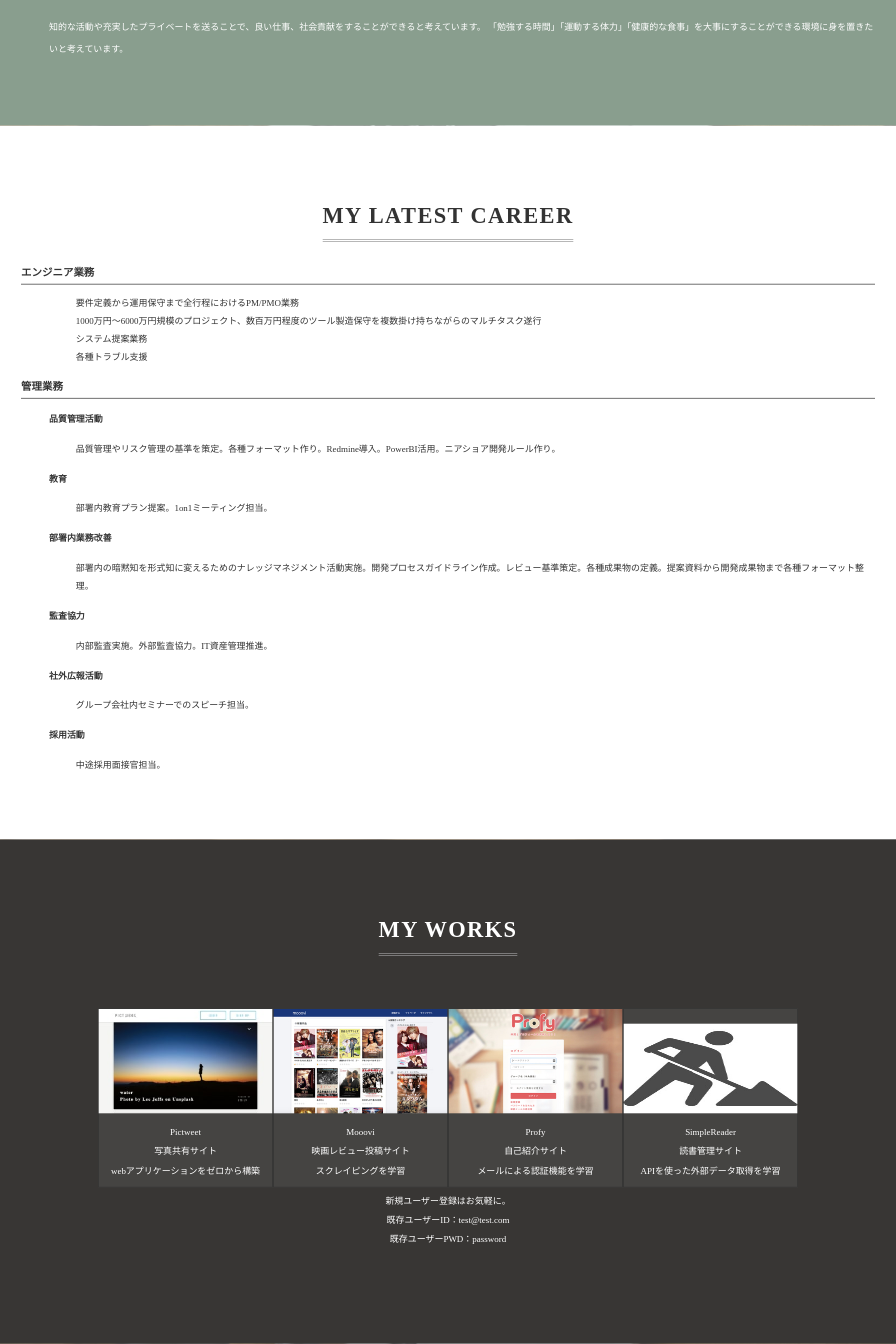
Repository: dackelteckel/myworks
Page: index.html
The author's editor kept a record of every edit. The page is drawn from the files as they stood at one moment, then again after the next edit.
The browser window is 1280 px wide. The pictures show the part of the page from y = 1278 to 3198 px (the page is 3198 px tall), at 70% of full size.
Backgrounds fixed to the window are drawn as part of the page.

Above is the page before.

### index.html
<!DOCTYPE html>
<html>

<head>
  <meta charset="UTF-8">
  <title>Who I am...</title>
  <link rel="stylesheet" href="normalize.css">
  <link rel="stylesheet" href="style.css">
  <link rel="stylesheet" href="responsive.css">

  <!--<script type="text/javascript" charset="UTF-8">-->
  <!--  $('#contact-form').submit(function(event){-->
      <!--//submit実行を止める-->
  <!--    event.preventDefault();-->
  <!--    var $form = $(this);-->
  <!--    var $button = $form.find('.send-btn');-->
  <!--    $.ajax({-->
  <!--      url:$form.attr('action'),-->
  <!--      type:$form.attr('method'),-->
  <!--      data: $form.serialize(),-->
        <!--//10秒でタイムアウト-->
  <!--      timeout:10000,-->
        <!--//重複送信を避けるためにボタンを無効化-->
  <!--      beforeSend: function(xhr, settings) {-->
  <!--          $button.attr('disabled', true);-->
  <!--      },-->
        <!--//完了後ボタンを押せるように-->
  <!--      complete: function(xhr, textStatus) {-->
  <!--          $button.attr('disabled', false);-->
  <!--      }-->
  <!--    }).done(function(data, textStatus, jqXHR){-->
        <!--// 成功時の処理-->
        <!--//フォームを初期化-->
  <!--      $form[0].reset();-->
  <!--      $(".contact-result").text(data);-->
  <!--      $(".contact-result").slideToggle(200);-->
  <!--      $(".contact-result").delay(3000).slideToggle(200);-->
  <!--    }).fail(function(jqXHR, textStatus, errorThrown){-->
        <!--失敗時の処理-->
  <!--      $(".contact-result").text("エラーが発生しました。ステータス：" + jqXHR.status);-->
  <!--      $(".contact-result").slideToggle(200);-->
  <!--      $(".contact-result").delay(3000).slideToggle(200);-->
  <!--    });-->
  <!--  });-->
  <!--</script>-->
</head>

<body>
  <header class="header">
    <p class="site-title-sub">----- my portfolio -----</p>
    <h1 class="site-title">Who I am...</h1>
    <p class="site-description">check out my career and some of my works.</p>
    <div class="buttons">
      <a class="button" href="#reasons">WHAT I'M LOOKING FOR</a>
      <a class="button" href="#career">LATEST CAREER</a>
      <a class="button" href="#works">MY WORKS</a>
      <!--<a class="button button-orange" href="#contact">SEND MESSAGE</a>-->
      <a class="button button-orange" href="mailto:nrkktok@gmail.com">Drop Me a LINE</a>
    </div>
  </header>

  <section class="reasons" id="reasons">
    <h2 class="heading">3 REASONS WHY I'M LOOKING FOR A NEW JOB</h2>
    <dev class="reasons-text">
<!--第一の基準は、学べることが多い仕事をすることでした。-->
<!--その仕事をすることで、長期的に自分を成長させることができるのか、ということです。-->
<!--第二の基準は、仕事以外の優先事項にも取り組めることでした。-->
<!--知的な活動や充実したプライベート、自由な暮らしを続けられるのか、ということです。-->
<!--そして第三の基準は、自分が幸福になれる仕事をすることでした。-->
<!--不満を抱えながら、いい仕事をすることはできないと考えています-->
      <h3>職場環境</h3>
      <ul>
        <li>
          同僚同士お互いを尊重し、協力しあうことができる健やかな組織で働きたいと考えています。
        </li>
      </ul>
      <h3>学び</h3>
      <ul>
        <li>
          <p>
            長年PM業務に携わってきており、チームメンバーが成果を出すためのサポートをするPM業務にはやりがいを感じています。
          </p>
          <p>
            現職では金融機関で使われる小中規模システム開発を行っていますが、
            残念ながら業務知識不要・レガシー技術メインのツール開発が殆どであることから、
            現在の仕事を続けることで長期的に自分を成長させることができるのか、疑問を持つようになってきました。
          </p>
          <p>
          「この疑問を解消し、少しでもIT業務で価値ある存在でありたい」という気持ちと、
          「チームをリードする業務を行っている中でも現在に通用する技術・PG知識は必要」という考えから、
          2019年12月よりWebアプリケーション作りを行うスクールに通い始めました。
          </p>
          <p>
            成果物を<a href="#works">MY WORKS</a>で公開していますので、よろしければ御覧ください。
            Webアプリケーション開発における現在の私のPG能力・知識レベルを知って頂く目安にはなると思います。
          </p>
        </li>
      </ul>
      <h3>ライフワークバランス</h3>
      <ul>
        <li>
          <p>
            知的な活動や充実したプライベートを送ることで、良い仕事、社会貢献をすることができると考えています。
          「勉強する時間」「運動する体力」「健康的な食事」を大事にすることができる環境に身を置きたいと考えています。
          </p>
        </li>
      </ul>
    </dev>
  </section>

  <section class="career" id="career">
    <h2 class="heading">MY LATEST CAREER</h2>
    <dev class="career-text">
      <h3>エンジニア業務</h3>
      <ul>
        <li>要件定義から運用保守まで全行程におけるPM/PMO業務</li>
        <li>1000万円〜6000万円規模のプロジェクト、数百万円程度のツール製造保守を複数掛け持ちながらのマルチタスク遂行</li>
        <Li>システム提案業務</Li>
        <Li>各種トラブル支援</Li>
      </ul>
      <h3>管理業務</h3>
      <ul>
        <h4>品質管理活動</h4>
        <li>品質管理やリスク管理の基準を策定。各種フォーマット作り。Redmine導入。PowerBI活用。ニアショア開発ルール作り。</li>
        <h4>教育</h4>
        <li>部署内教育プラン提案。1on1ミーティング担当。</li>
        <h4>部署内業務改善</h4>
        <li>部署内の暗黙知を形式知に変えるためのナレッジマネジメント活動実施。開発プロセスガイドライン作成。レビュー基準策定。各種成果物の定義。提案資料から開発成果物まで各種フォーマット整理。</li>
        <h4>監査協力</h4>
        <li>内部監査実施。外部監査協力。IT資産管理推進。</li>
        <h4>社外広報活動</h4>
        <li>グループ会社内セミナーでのスピーチ担当。</li>
        <h4>採用活動</h4>
        <li>中途採用面接官担当。</li>
      </ul>
    </dev>
  </section>

  <section class="works" id="works">
    <h2 class="heading">MY WORKS</h2>
    <div class="works-wrapper">
      <div class="work-box">
        <a href="https://dackelteckelpictweet.herokuapp.com/" target="_blank" rel="noopener noreferrer"><img class="work-image" src="images/pictweet.jpg"></a>
        <div class="work-description">
          <p>Pictweet<p>
          <p>写真共有サイト</p>
          <p>webアプリケーションをゼロから構築</p>
        </div>
      </div>

      <div class="work-box">
        <a href="https://dackelteckelmooovi.herokuapp.com/" target="_blank" rel="noopener noreferrer"><img class="work-image" src="images/mooovi.jpg"></a>
        <div class="work-description">
          <p>Mooovi<p>
          <p>映画レビュー投稿サイト</p>
          <p>スクレイピングを学習</p>
        </div>
      </div>

      <div class="work-box">
        <a href="https://dackelteckelprofy.herokuapp.com/" target="_blank" rel="noopener noreferrer"><img class="work-image" src="images/profy.jpg"></a>
        <div class="work-description">
          <p>Profy<p>
          <p>自己紹介サイト</p>
          <p>メールによる認証機能を学習</p>
        </div>
      </div>
      <div class="work-box">
        <img class="work-image" src="images/wip.jpg" height="128">
        <div class="work-description">
          <p>SimpleReader<p>
          <p>読書管理サイト</p>
          <p>APIを使った外部データ取得を学習</p>
        </div>
      </div>
    </div>
    <p>新規ユーザー登録はお気軽に。</p>
    <p>既存ユーザーID：test@test.com</p>
    <p>既存ユーザーPWD：password</p>
  </section>

  <!--<section class="contact" id="contact">-->
    <!--<h2 class="heading">DROP ME A LINE</h2>-->
    <!--<form class="contact-form" id="contact-form" action="contact.php" method="post">-->
    <!--  <input type="text" name="name" placeholder="NAME" required>-->
    <!--  <input type="email" name="email" placeholder="E-MAIL ADDRESS" required>-->
    <!--  <textarea name="message" placeholder="MESSAGE"></textarea>-->
    <!--  <textarea type="text" name="message" placeholder="MESSAGE" required></textarea>-->
    <!--  <input type="submit" value="SEND" class="send-btn" id="submit">-->
    <!--  <input type="submit" value="SEND" class="send-btn" id="submit">-->
    <!--</form>-->
  <!--</section>-->
</body>
</html>

### style.css
* {
  box-sizing: border-box;
  list-style: none;
}

body {
  color: #fff;
  text-align: center;
  font-size: 0.8rem;
  background: url('images/bg.jpg') fixed;
  background-size: cover;
}

.header {
  padding: 170px 30px 80px;
  /*height: 100vh;*/
  background-color: rgba(0, 0, 128, 0.8);
}

.site-title-sub {
  margin: 0 0 30px;
  color: #888;
  letter-spacing: 1px;
  font-size: 1.2rem;
}

.site-title {
  margin: 50px;
  font-size: 3.5rem;
}

.site-description {
  margin-bottom: 75px;
  color: #888;
  font-size: 1.2rem;
}

.buttons {
  display: flex;
  justify-content: center;
  padding-bottom: 50px
}

.button {
  width: 200px;
  padding: 20px;
  margin: 10px;
  border-radius: 4px;
  background-color: #afa58d;
  color: #fff;
  text-decoration: none;
  letter-spacing: 1px;
  font-size: 0.7rem;
}

.button:hover {
  opacity: 0.9;
}

.button-orange {
  background-color: #f1b400;
}

.heading {
  display: inline-block;
  margin: 30px 0 15px;
  padding-bottom: 15px;
  letter-spacing: 2px;
  font-size: 2rem;
  border-bottom: double 4px #999;
}

.reasons {
  /*height: 100vh;*/
  /*background-color: #383634;*/
  background-color: rgb(137, 158, 142);
  padding: 80px 30px;
  /*color: #333;  */
}

.reasons-text {
  text-align: left;
  width: 600px;
  margin: 30px auto;
  line-height: 2.5;
}

.reason-text h3 {
  padding-top: 20px;
}

/*.note:before {*/
/*  content: "*";*/
/*}*/

.career {
  /*height: 100vh;*/
  background-color: #ffffff;
  padding: 80px 30px;
  color: #333;
}

.career-text {
  text-align: left;
  width: 600px;
  margin: 30px auto;
  line-height: 2;
}

.career-text h3 {
  border-bottom: 1px solid #333;
}

.career-text li {
  padding-left: 3em;
}

.works {
  height: 100vh;
  background-color: #383634;
  padding: 80px 0 10px;
}

.works-wrapper {
  display: table;
  /*width: 860px;*/
  width: 1000px;
  margin: 60px auto 0;
  table-layout: fixed;
}

.work-box {
  display: table-cell;
  background-color: rgba(100, 100, 100, 0.3);
  border: 1px solid #333;
}

.work-image {
  display: block;
  width: 100%;
}

.work-description {
  margin: 20px 0;
  height: 65px;
}

/*.work-description .button {*/
/*  width: 60%;*/
/*  margin-top: 20px;*/
/*  padding: 3px;*/
/*  display: inline-block;*/
}

.button-ghost {
  border: 2px solid #fff;
  background-color: rgba(255, 255, 255, 0.15);
}

.contact {
  height: 100vh;
  background-color: rgba(0, 0, 128, 0.8);
  padding: 80px 0 150px;
}


.contact-form {
  width: 50%;
  margin: 50px auto 0;
}

.contact-form input[type=text], .contact-form input[type=email], .contact-form textarea {
  display: block;
  width: 100%;
  margin-bottom: 10px;
  padding: 15px;
  outline: none;
  border: 1px solid rgba(255, 255, 255, 0.8);
  border-radius: 0;
  color: #333;
}

.contact-form textarea {
  height: 150px;
}

.contact-form input[type=submit] {
  display: block;
  width: 200px;
  margin: 40px auto 0;
  padding: 15px;
  border: 1px solid rgba(255, 255, 255, 0.8);
  border-radius: 5px;
  background-color: transparent;
  color: #fff;
  cursor: pointer;
}

.contact-form input[type=submit]:hover {
  background-color: rgba(255, 255, 255, 0.05);
}

Loaded but not shown: normalize.css (library); responsive.css (no copy from this time; the picture is the same without it)

After the next edit:
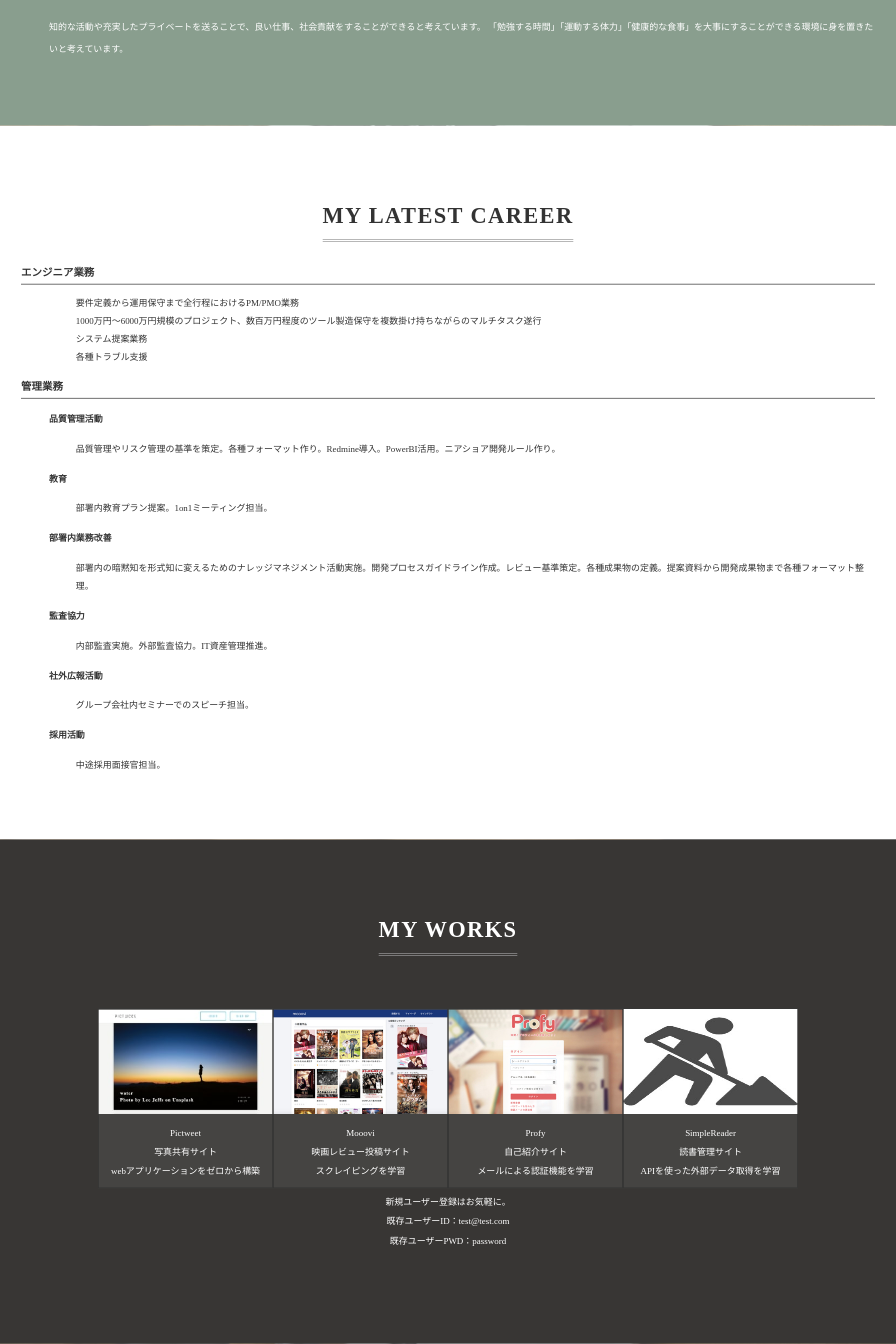
The edit:
--- a/index.html
+++ b/index.html
@@ -166,7 +166,8 @@
         </div>
       </div>
       <div class="work-box">
-        <img class="work-image" src="images/wip.jpg" height="128">
+        <!--<img class="work-image" src="images/wip.jpeg" height="50" width="50">-->
+        <img class="work-image" src="images/wip.jpeg" width="10" height="150">
         <div class="work-description">
           <p>SimpleReader<p>
           <p>読書管理サイト</p>
